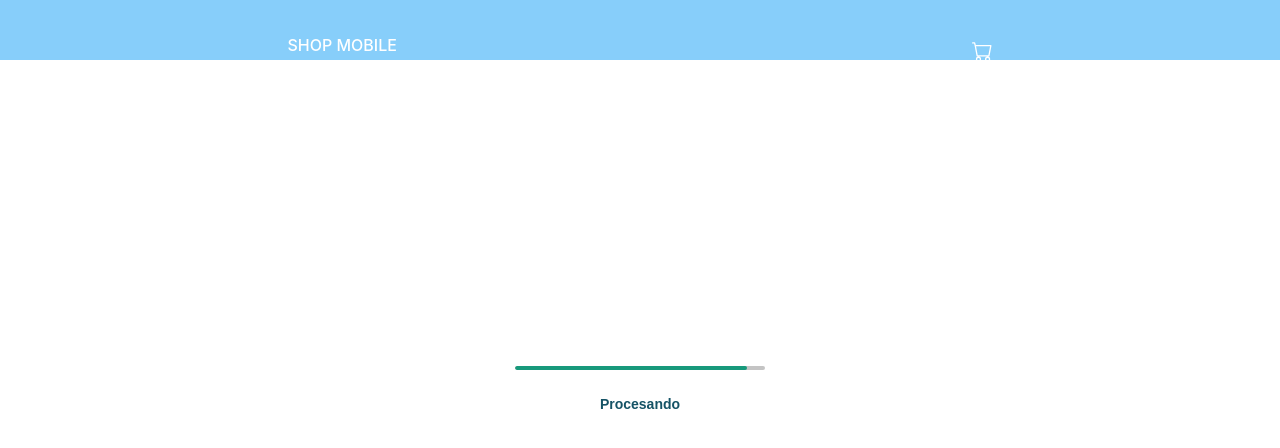
Repository: banchiec/atInditex
Page: /
The author's editor kept a copy of each file at every save. The page is drawn from the files as they stood at one save, then again after the next save.
The browser window is 1280 px wide. The pictures show the whole page.
The page's requests for data from a server got no answer. The project was rebuilt for these pictures with package versions that can differ from the ones it lists, and the page was loaded fresh each time. No one was signed in, and anything a server would have sent is missing. Also part of the build but not shown: src/components/Cards/CardProductItem/cardProductItemStyled.js, src/components/Cards/CardProductItem/CardProductItem.js, src/services/cart.services.js, src/utils/products/cart.utils.js, src/screen/DetailsProductScreen/components/ButtonOptions/buttonOptionsStyled.js, src/screen/DetailsProductScreen/components/ButtonOptions/ButtonOptions.js, src/screen/DetailsProductScreen/styles/detailsProductScreenStyled.js, src/screen/DetailsProductScreen/DetailsProductScreen.js.

Above is the page before, as saved 2022-09-08 10:36:31.

### src/App.js
import {BrowserRouter as Router, Routes, Route } from 'react-router-dom'
import * as path from './utils/paths'
import Header from './components/Header/Header';
import ProductsScreen from './screen/ProductsScreen/ProductsScreen';
import DetailsProductScreen from './screen/DetailsProductScreen/DetailsProductScreen';
import { useEffect, useState } from 'react';

let counter = 1

function App() {
  const [counterCart, setCounterCart] = useState(0)

  useEffect(() => {
    handleCounterCart()
  }, [])

  const handleCounterCart = (valor) => {
    console.log(valor);
    setTimeout(() => {
      setCounterCart(valor)
    }, 2000)
    if(valor){
      counter++
    }
  }

  console.log(counterCart);

  return (
    <Router>
      <Header counterCart={counterCart} />
      <Routes>
        <Route path={path.PRODUCTPAGE} element={<ProductsScreen/>} />
        <Route path={path.DETAILSPAGE} element={<DetailsProductScreen handleCounterCart={handleCounterCart} />}  />
      </Routes>
    </Router>
  );
}

export default App;

### src/utils/paths.js
export const PRODUCTPAGE= '/'
export const DETAILSPAGE= '/product/details/:id'

### src/components/Header/Header.js
import { Link } from "react-router-dom"
import {BsCart} from 'react-icons/bs'
import * as path from '../../utils/paths'
import { ContainerHeader } from "./headerStyled"
import { useEffect, useState } from "react"

const Header = ({counterCart}) => {
  const [cartItems,setCartItems] = useState()

  useEffect(() => {
    setCartItems(counterCart?.countItems)
  }, [])

  console.log(counterCart);

  return(
    <ContainerHeader>
      <Link to={path.PRODUCTPAGE}>
        SHOP MOBILE
      </Link>
      <div>
        <p>
          {counterCart}
        </p>
        <BsCart/>
      </div>
    </ContainerHeader>
  )
}
export default Header

### src/screen/ProductsScreen/ProductsScreen.js
import { useEffect, useState } from "react"
import CardProductItem from "../../components/Cards/CardProductItem/CardProductItem"
import Loader from "../../components/Loaders/Loader"
import { getProducts } from "../../utils/products/products.utils"
import { getWithExpiry } from "../../utils/localStorage"
import { ContainerProducts, Filter, Search } from "./styles/productScreenStyled"

const ProductsScreen = () => {
  const [products, setProducts] = useState(null)
  const [productsSearch, setProductsSearch] = useState([])
  const [value, setValue] = useState('')
  const [alert, setAlert] = useState(null)
  const [cartItem, setCartItems] = useState(0)

  useEffect(() => {
    getProducts()
  },[])
  useEffect(()=> {
    setTimeout(() => {
      setProducts(getWithExpiry('products'));
      setProductsSearch(getWithExpiry('products'))
    }, 2000);
  },[])
  useEffect(() => {
    setTimeout(() => {
      if(getWithExpiry('products') === null){
        setAlert(
          <div>
            <h1>Es necesario volver a solicitar la información</h1>
          </div>
        )
        setProducts([])
      }
    }, 3600000)
  },[])

  const handleGetProduct = (e) => {
    setValue(e.target.value)
    filter(e.target.value)
  }
  const filter = (searchText) => {
    let resutlsSearch = productsSearch.filter((product) => {
      if(product.brand.toString().toLowerCase().includes(searchText.toLowerCase())
        || product.model.toString().toLowerCase().includes(searchText.toLowerCase())){
        return product
      }
    })
    setProducts(resutlsSearch)
  }
  return (
    <div>
      <Filter>
        <h4>LIST ITEM</h4>
        <Search
          type='text'
          placeholder="SEARCH"
          value={value}
          onChange={(e) => handleGetProduct(e)}
        />
      </Filter>
      <ContainerProducts>
        { !products ? (
          <Loader/>
        ):(
          products?.map((item) => {
            return (
              <CardProductItem
                key={item.id}
                id = {item.id}
                imgUrl={item.imgUrl}
                brand={item.brand}
                model={item.model}
                price={item.price}
              />
            )
        })) }
        {alert}
      </ContainerProducts>
    </div>
  )
}

export default ProductsScreen

### src/components/Header/headerStyled.js
import styled from "styled-components";

export const ContainerHeader = styled.header`
  display: flex;
  justify-content: space-around;
  align-items: center;
  background: #87CEFA;
  padding: 25px 0;
  border: 1px solid greee;
  a {
    text-decoration: none;
    color: #ffff;
    font-weight: 500;
  }
  svg {
    font-size: 1.3rem;
    color: #ffff;
  }
`

### src/components/Loaders/Loader.js
import './styles/loader.css'

const Loader = () => {
	return(
		<div className="progress_bar animate-loader">
			<div className="progress_bar__content">
				<div className="progress_bar__wrapper">
					<div className="progress_bar__viewer">
						<div className="progress_bar__shimmer"></div>
					</div>
				</div>
				<div className="progress_bar__state" data-start="Solicitando datos" data-middle="Procesando" data-end="Casi esta!"></div>
			</div>
		</div>
	)
}
export default Loader

### src/utils/products/products.utils.js
import ProductsService from "../../services/product.services"
import { setWithExpiry } from "../localStorage"
const productService = new ProductsService()

export const getProducts = () => {
	productService.getProducts()
		.then((data)=> {
			setWithExpiry('products', JSON.stringify(data.data), 360000)
		})
		.catch((error) => console.log(error))
}
export const getDetailsProduct = (id) => {
	productService.getOneProduct(id)
	.then((data) => {
		setWithExpiry(`detailsProduct${data.data.id}`, JSON.stringify(data.data), 360000)
	})
	.catch((error) => console.log(error))
}

### src/utils/localStorage.js
export const setWithExpiry = (key, value, ttl) =>  {
	const now = new Date()
	const item = {
		value: value,
		expiry: now.getTime() + ttl,
	}
	localStorage.setItem(key, JSON.stringify(item))
}

export const getWithExpiry = (key) =>  {
	const itemStr =  localStorage.getItem(key)
	if (!itemStr) {
		return null
	}
	const item = JSON.parse(itemStr)
	const now = new Date()
	if (now.getTime() > item.expiry) {
		localStorage.removeItem(key)
		return null
	}
	return  JSON.parse( item.value)
}

### src/screen/ProductsScreen/styles/productScreenStyled.js
import styled from "styled-components";
export const ContainerProducts =  styled.div`
  display: flex;
  flex-direction: row;
  justify-content: center;
  flex-wrap: wrap;
	@media (min-width:768px){
  }
`
export const Filter = styled.div`
  display: flex;
  flex-direction: row;
  justify-content: space-between;
  padding:  15px 0;
  margin: 0 6em;
`
export const Search = styled.input`
	@media (min-width:768px){
		padding: 0 20px;
    text-align: end;
    border: none;
    background: whitesmoke;
    border-radius:  5px;/* border: 1px solid green; */
  }
`

### src/components/Loaders/styles/loader.css
.progress_bar {
  font-family: Arial;
  position: fixed;
  left: 0;
  bottom: 0;
  display: flex;
  width: 100%;
  align-items: center;
  justify-content: center;
  background: white;
  top: 60px;
  z-index: 999;
  height: calc(100vh - 60px);
}
.progress_bar__wrapper {
  overflow: hidden;
  border-radius: 15px;
  width: 250px;
  background-color: #c4c4c4;
  overflow: hidden;
}
.progress_bar__viewer {
  background: #17997B;
  border-radius: 4px;
  height: 4px;
  transform: scaleX(0);
  transform-origin: 0 0;
}
.progress_bar.animate-loader .progress_bar__viewer {
  animation: FillAnimation 6s cubic-bezier(0.01, 1.06, 0.71, 1) forwards infinite;
}
.progress_bar.animate-loader .progress_bar__state::before {
  content: '';
  animation: TextChange 6s infinite;
}
.progress_bar__content {
  display: flex;
  flex-direction: column;
}
.progress_bar__state {
  margin-top: 24px;
  text-align: center;
  font-size: 14px;
  line-height: 1.5;
  font-weight: bold;
  color: #155366;
}
@keyframes FillAnimation {
  0% {
    transform: scaleX(0.028);
  }
  10% {
    transform: scaleX(0.028);
  }
  20% {
    transform: scaleX(0.028);
  }
  25% {
    transform: scaleX(0.24);
  }
  35% {
    transform: scaleX(0.24);
  }
  45% {
    transform: scaleX(0.24);
  }
  50% {
    transform: scaleX(0.624);
  }
  60% {
    transform: scaleX(0.624);
  }
  70% {
    transform: scaleX(0.624);
  }
  75% {
    transform: scaleX(0.928);
  }
  85% {
    transform: scaleX(0.928);
  }
  95% {
    transform: scaleX(0.928);
  }
  100% {
    transform: scaleX(1);
  }
}
@keyframes TextChange {
  0% {
    content: attr(data-start);
  }
  24% {
    content: attr(data-start);
  }
  25% {
    content: attr(data-middle);
  }
  99% {
    content: attr(data-middle);
  }
  100% {
    content: attr(data-end);
  }
}

### src/services/product.services.js
import axios from 'axios'

class ProductsService {
	constructor() {
		this.instance = axios.create({
			baseURL: `https://front-test-api.herokuapp.com/api/product`,
			withCredentials: false
		})
	}
	deleteProduct = (id) => this.instance.delete(`/${id}`)
	getProducts = () => this.instance.get("/")
	getOneProduct = (id) => this.instance.get(`/${id}`)
	createProduct = (form) => this.instance.post("/new", form)
}
export default ProductsService;

Loaded but not shown: public/index.html (common file); src/index.js (common file); src/index.css (common file); src/reportWebVitals.js (common file)

After the next save:
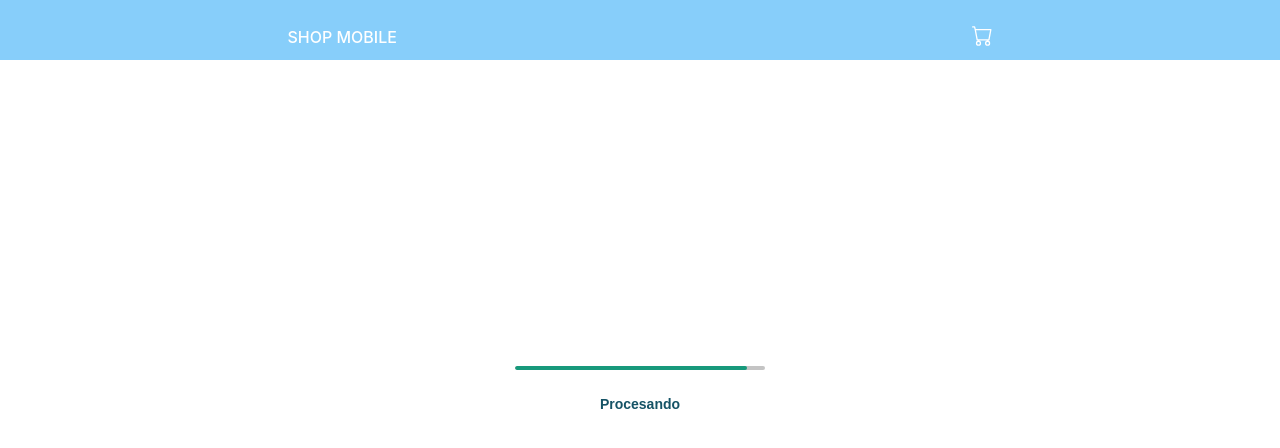
Saved 31 s later.
--- a/src/components/Header/Header.js
+++ b/src/components/Header/Header.js
@@ -19,9 +19,6 @@ const Header = ({counterCart}) => {
         SHOP MOBILE
       </Link>
       <div>
-        <p>
-          {counterCart}
-        </p>
         <BsCart/>
       </div>
     </ContainerHeader>
